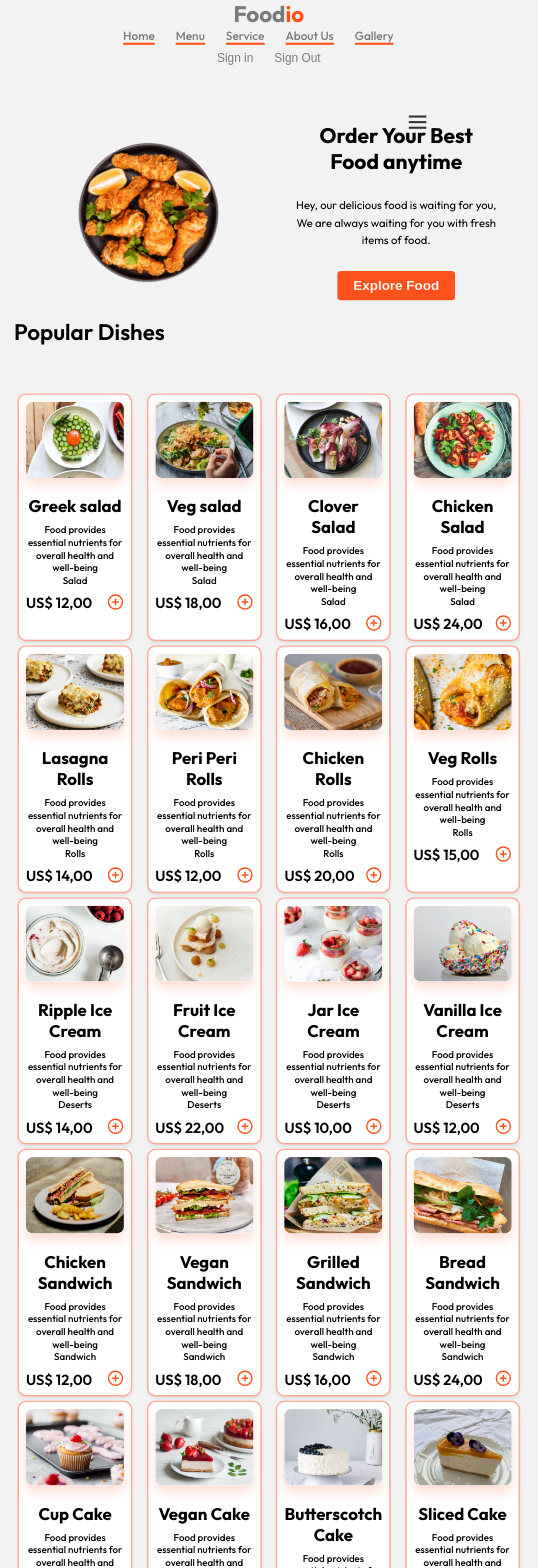
Repository: guilhermecardoso93/foodio
Page: /
The author's editor kept a copy of each file at every save. The page is drawn from the files as they stood at one save, then again after the next save.
The browser window is 768 px wide. The pictures show the part of the page from y = 0 to 2240 px (the page is 3483 px tall before and 3419 px after), at 70% of full size.
The project was rebuilt for these pictures with package versions that can differ from the ones it lists, and the page was loaded fresh each time. Also part of the build but not shown: vite.config.js, src/index.css.

Above is the page before, as saved 2024-11-05 20:48:51.

After the next save:
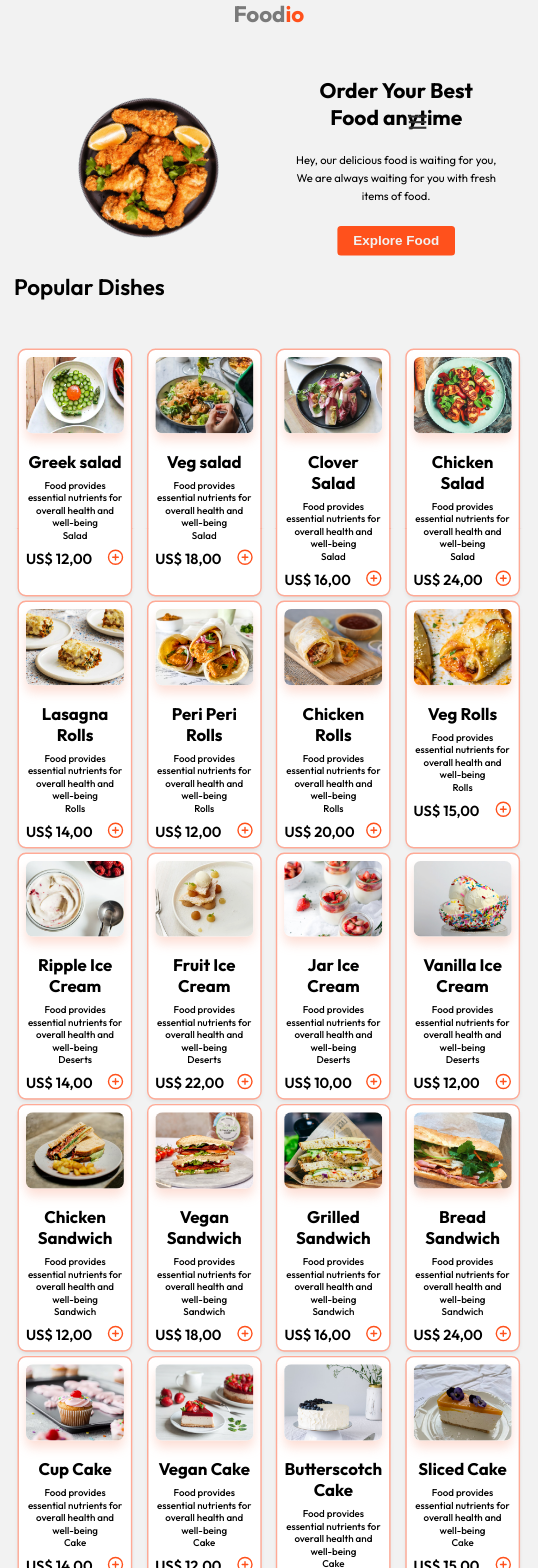
Saved 15 s later.
--- a/src/components/Menu/styles.css
+++ b/src/components/Menu/styles.css
@@ -163,7 +163,7 @@ input {
     right: 20%;
   }
 
-  .navbar ul .sign {
+  .navbar ul, .sign {
     display: none;
   }
 }
